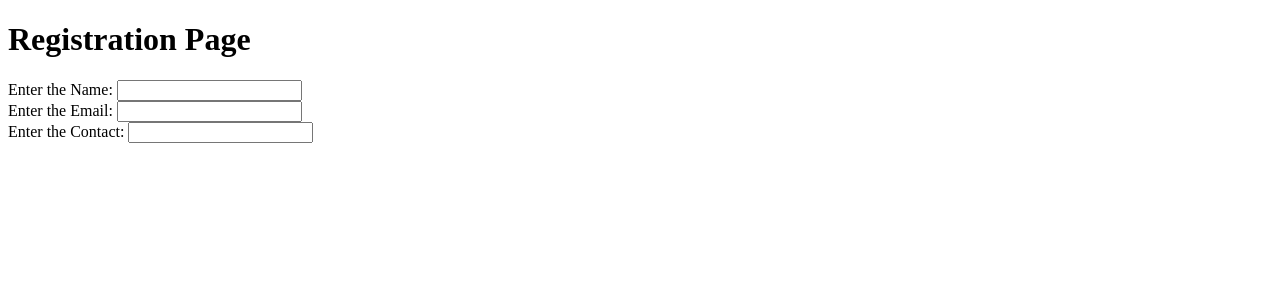
Repository: Pradeep4802/utopiatech
Page: eclipse-workspace/OwnServlet/src/main/webapp/Home.html
These files come from the project's save history. The page is drawn as it stood at one moment and after the next save; the edit follows.
The browser window is 1280 px wide. The pictures show the whole page.

Above is the page before, as saved 2023-10-09 08:53:15.

After the next save:
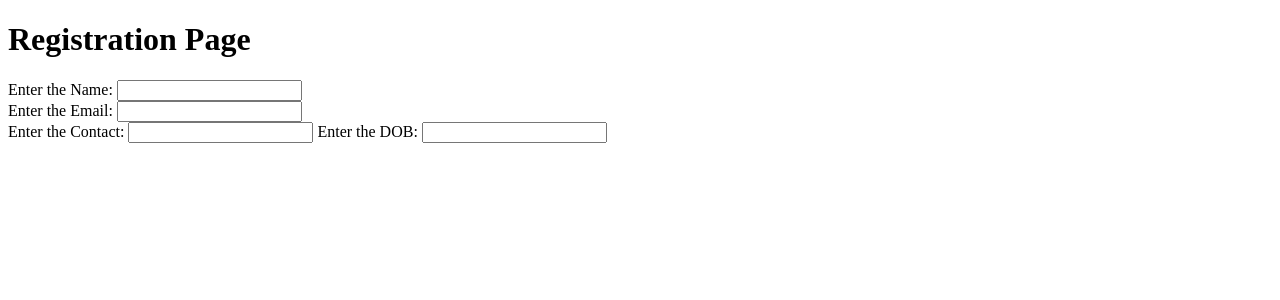
Saved 44 s later.
--- a/eclipse-workspace/OwnServlet/src/main/webapp/Home.html
+++ b/eclipse-workspace/OwnServlet/src/main/webapp/Home.html
@@ -15,6 +15,8 @@
 				name="user_email" /></label><br>
 			<label for="user_contact">Enter the Contact: <input type="number"
 				name="user_contact" /></label>
+			<label for="user_dob">Enter the DOB: <input type="datetime"
+				name="user_contact" /></label>
 
 		</form>
 	</div>
